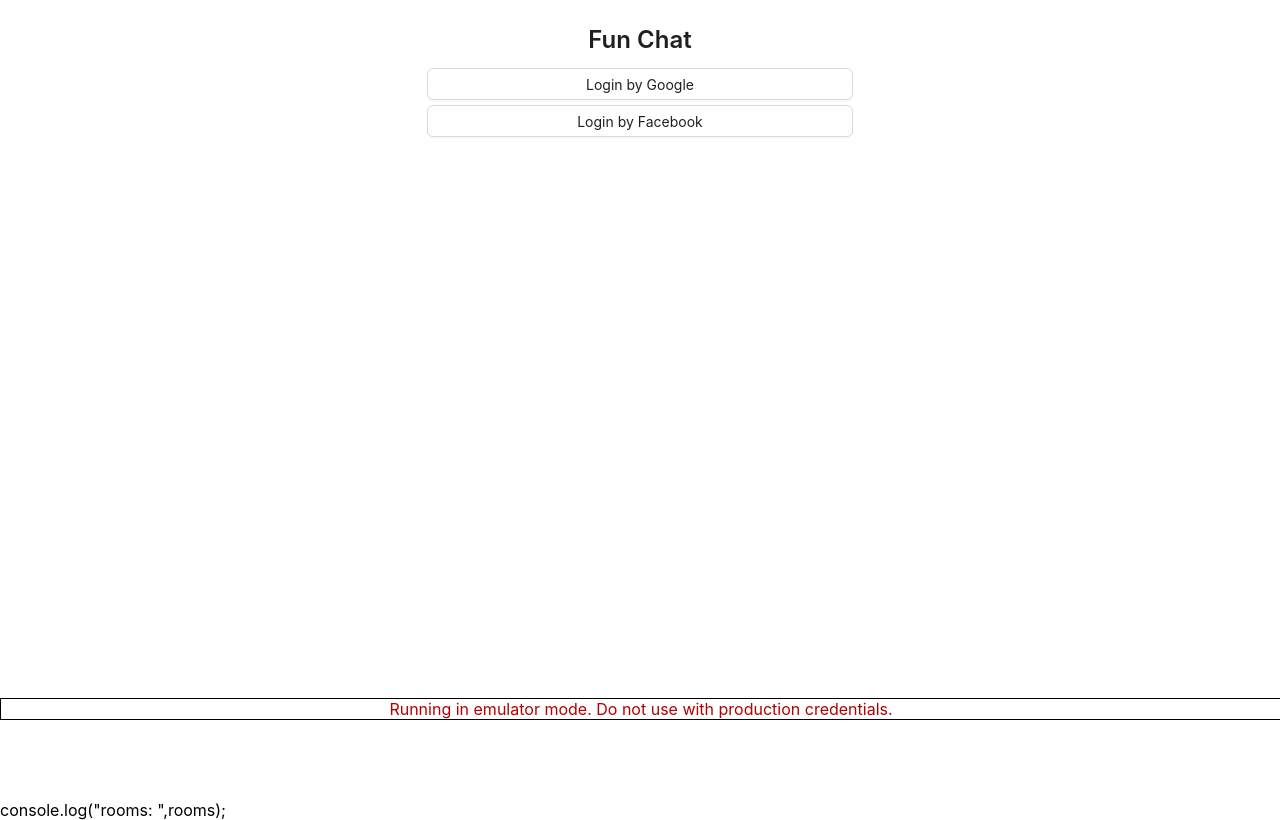
Repository: ynguyen1512/chat-real-time
Page: /
An editor plug-in stored every save of this project. The page is shown before and after the next save, followed by the edit.
The browser window is 1280 px wide. The pictures show the whole page.
The page's requests for data from a server got no answer. The project was rebuilt for these pictures with package versions that can differ from the ones it lists, and the page was loaded fresh each time. No one was signed in, and anything a server would have sent is missing. Also part of the build but not shown: src/App.css, src/components/ChatRoom/UserInfo.js, src/components/ChatRoom/RoomList.js, src/components/ChatRoom/Sidebar.js, src/components/ChatRoom/Message.js, src/components/ChatRoom/ChatWindow.js, src/components/ChatRoom/index.js.

Above is the page before, as saved 2023-08-11 13:32:15.

After the next save:
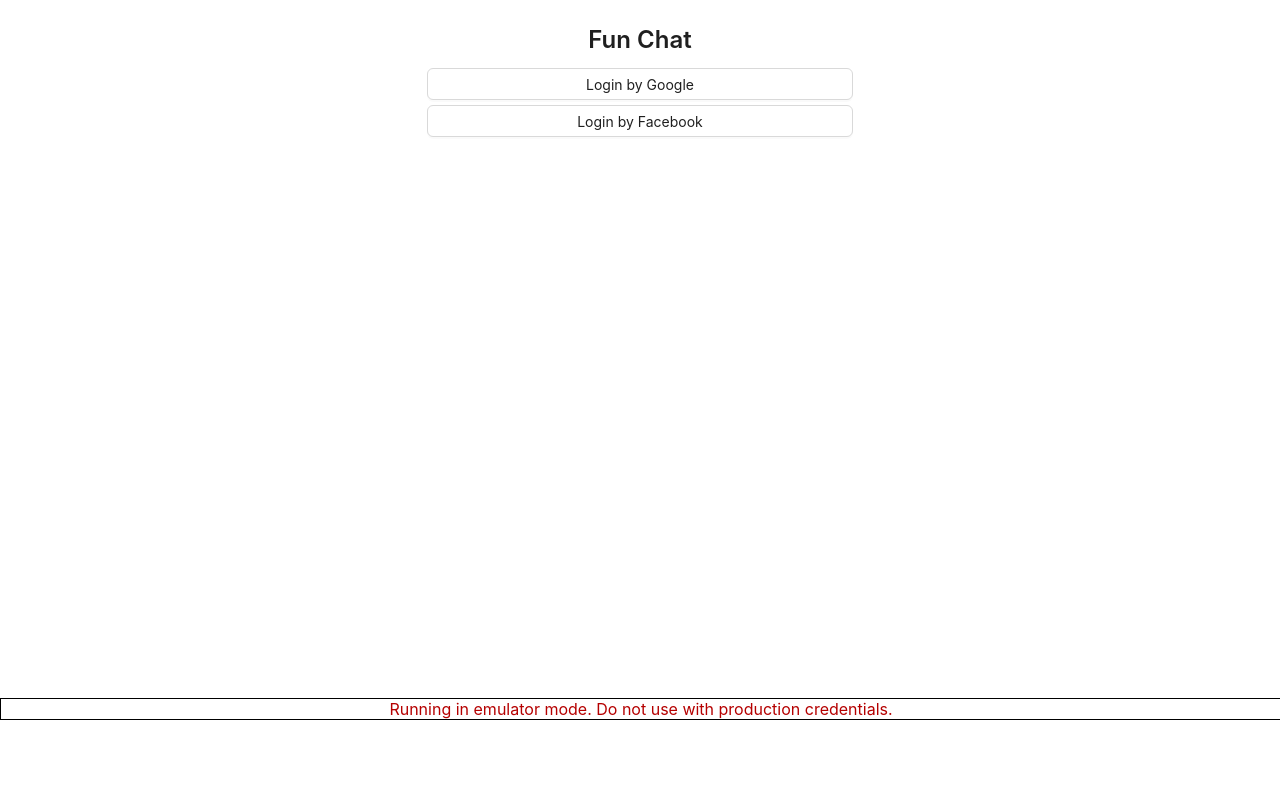
Saved 18 s later.
--- a/src/components/Modals/RemoveRoomModal.js
+++ b/src/components/Modals/RemoveRoomModal.js
@@ -52,7 +52,6 @@ function RemoveRoomModal() {
 
   return (
     <div>
-      console.log("rooms: ",rooms);
       <Modal
         title="Delete Room"
         visible={isRemoveRoomVisible}
